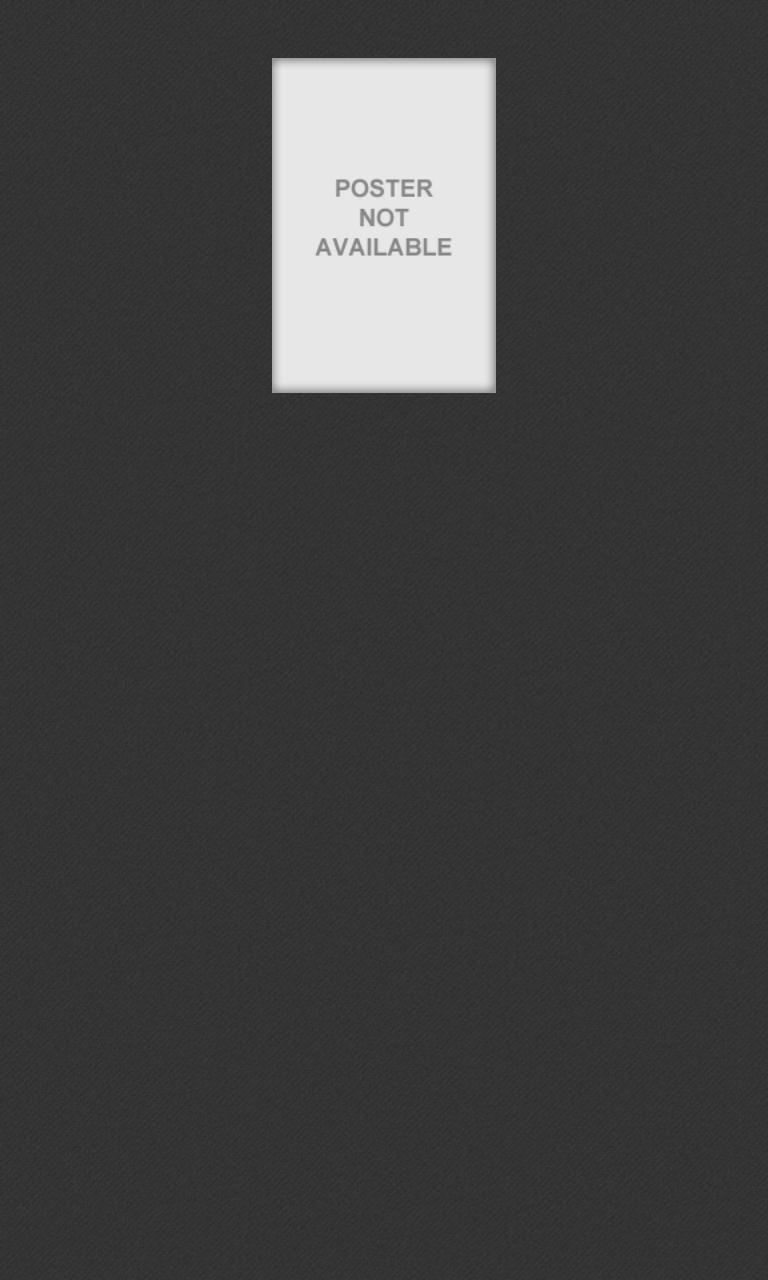
Repository: STracker/STrackerAndroid
Layout: STracker/res/layout/activity_tvshow.xml
These files come from the project's save history. The layout is drawn as it stood at one moment and after the next save; the edit follows.
It is drawn on a 768 x 1280 px phone screen (xhdpi) without system bars, with theme AppTheme; the app's code is not run.

Above is the layout before, as saved 2013-06-02 14:53:54.

After the next save:
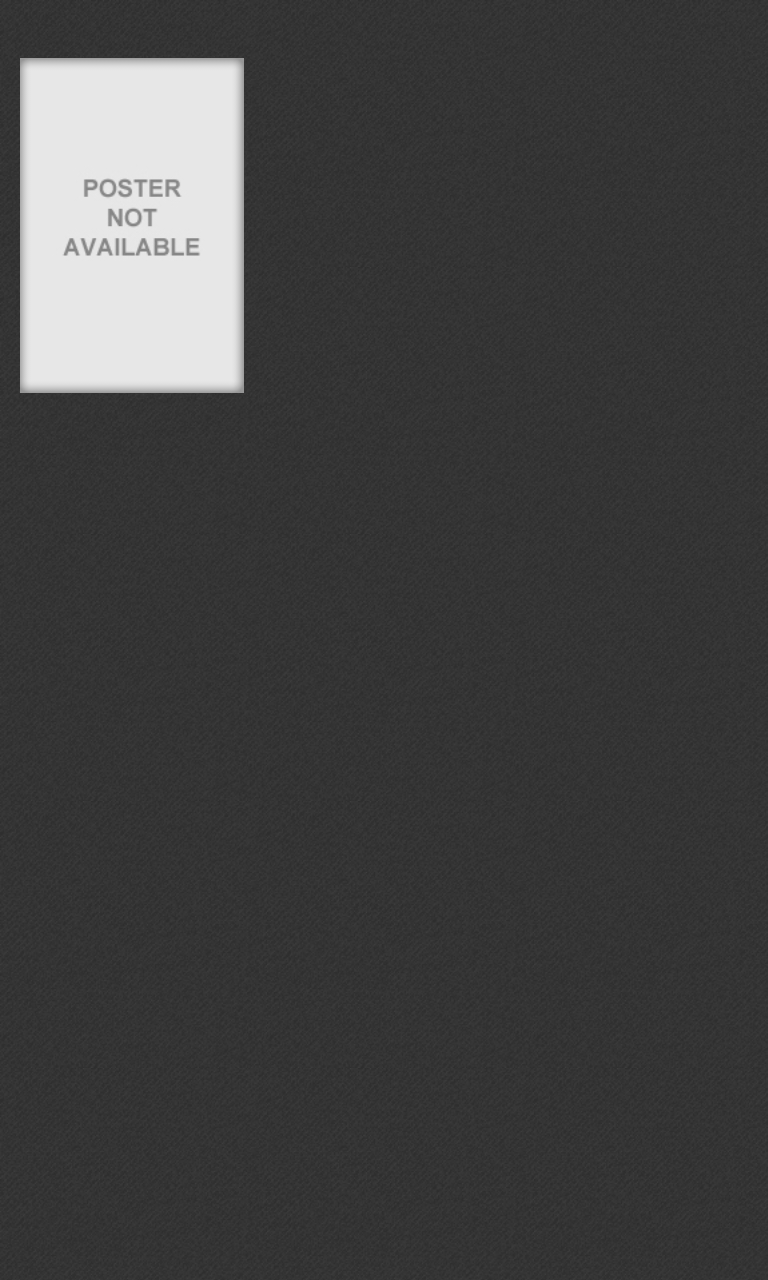
Saved 55 s later.
--- a/STracker/res/layout/activity_tvshow.xml
+++ b/STracker/res/layout/activity_tvshow.xml
@@ -15,8 +15,8 @@
         android:id="@+id/poster_id"
         android:layout_width="wrap_content"
         android:layout_height="wrap_content"
-        android:layout_gravity="center"
         android:layout_marginTop="10dp"
+        android:paddingLeft="10sp"
         android:contentDescription="@string/poster_desc"
         android:src="@drawable/img_no_poster" />
 
